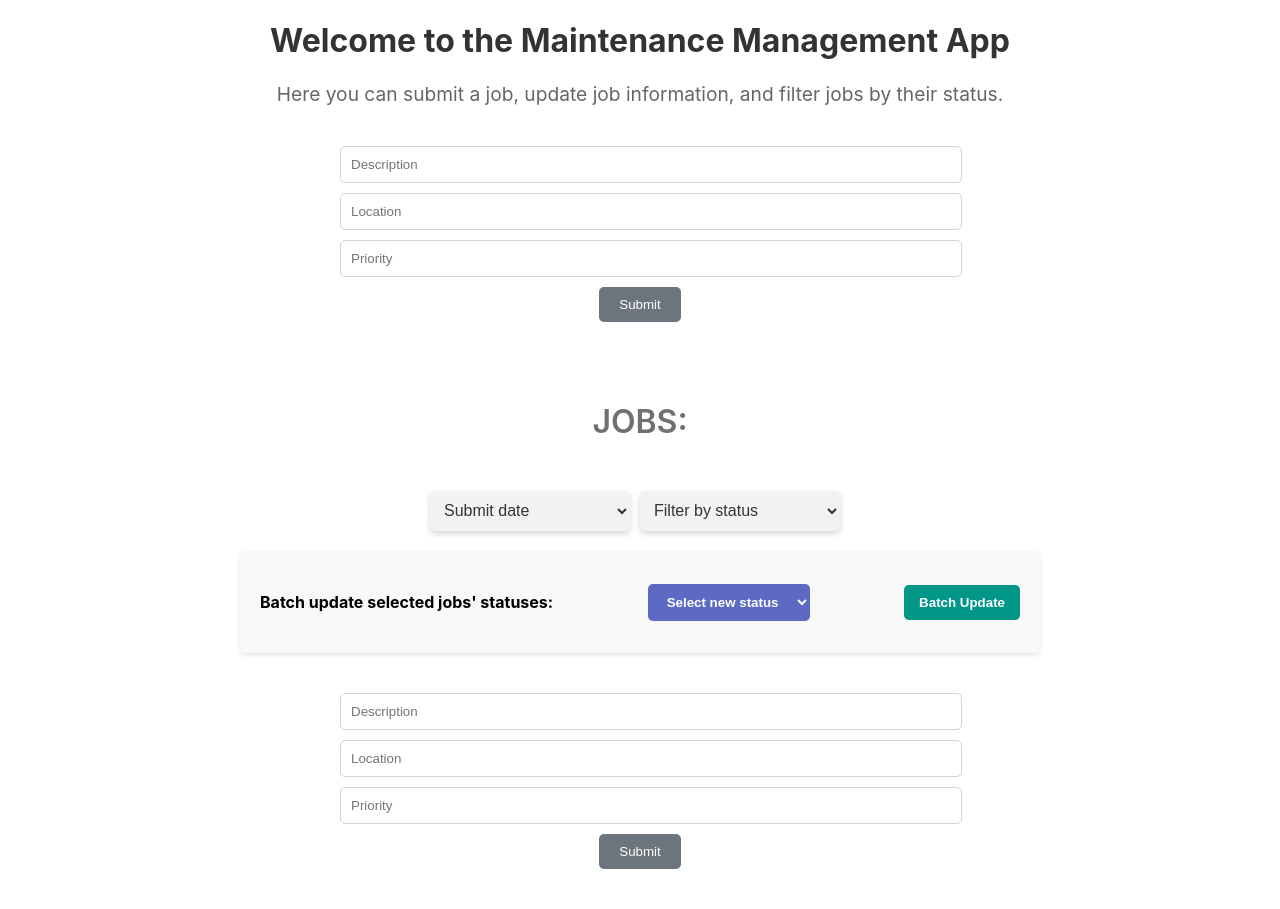
Repository: mikasteyn999/Maintenance-Manager-App
Page: / (app in frontend/)
An editor plug-in stored every save of this project. The page is shown before and after the next save, followed by the edit.
The browser window is 1280 px wide. The pictures show the whole page.
The page's requests for data from a server got no answer. The project was rebuilt for these pictures with package versions that can differ from the ones it lists, and the page was loaded fresh each time. No one was signed in, and anything a server would have sent is missing. Also part of the build but not shown: frontend/src/style/Job.css, frontend/src/components/Job.js, frontend/src/style/JobUpdateForm.css, frontend/src/components/JobUpdateForm.js.

Above is the page before, as saved 2023-06-02 15:36:34.

### frontend/src/App.js
// Import necessary libraries and components
import React from 'react';
import Router from './Router';
import './style/App.css'

// Define the App component
// This component uses the Router component to handle routing
const App = () => {
  return (
    <div className="app">
      <h1 className="app-title">Welcome to the Maintenance Management App</h1> {/* Welcome title */}
      <p className="app-instructions">Here you can submit a job, update job information, and filter jobs by their status.</p> {/* Instructions */}
      <Router /> {/* Use Router component for handling routes */}
    </div>
  );
}

// Export the App component
export default App;

### frontend/src/Router.js
// Import necessary libraries and components
import React from 'react';
import { BrowserRouter as Router, Route, Routes } from 'react-router-dom';
import Home from './components/Home';
import JobForm from './components/JobForm';
import JobsList from './components/JobsList';
import JobUpdateForm from './components/JobUpdateForm'

// Define the Router component
// This component defines the routes for the React app
// The Home component (which contains both the JobForm and JobsList components) is displayed when the path is exactly "/"
// The JobForm component is displayed when the path is "/submit"
// The JobsList component is displayed when the path is "/jobs"
const AppRouter = () => {
    return (
        <Router>
            <Routes>
                <Route path="/" element={<Home />} /> {/* Home route */}
                <Route path="/submit" element={<JobForm />} /> {/* Job submission route */}
                <Route path="/jobs" element={<JobsList />} /> {/* Jobs listing route */}
                <Route path="/edit/:id" element={<JobUpdateForm />} />
            </Routes>
        </Router>
    );
};

// Export the Router component
export default AppRouter;

### frontend/src/style/App.css
/* App.css */

.app {
  text-align: center;
}

.app-title {
  font-size: 2em;
  color: #333;
  text-align: center;
}

.app-instructions {
  font-size: 1.2em;
  color: #666;
  margin-bottom: 20px;
  text-align: center;
}

/* style the form container */
.app .job-form {
  max-width: 600px;  /* limit the width */
  margin: 0 auto;   /* center the form */
  padding: 20px;    /* add some padding */
}

/* style the jobs list container */
.app .jobs-list {
  max-width: 800px;  /* limit the width */
  margin: 0 auto;   /* center the jobs list */
  padding: 20px;    /* add some padding */
}

### frontend/src/components/Home.js
// Import necessary components
import React from 'react';
import JobForm from './JobForm';
import JobsList from './JobsList';

// Define the Home component
// This component contains the job submission form and job listings
const Home = () => {
  return (
    <div className="home">
      <JobForm /> {/* Job submission form */}
      <JobsList /> {/* Job listings */}
    </div>
  );
}

// Export the Home component
export default Home;

### frontend/src/components/JobForm.js
// Import React
import React, { useState } from 'react';
import '../style/JobForm.css'; // Import the CSS

// Define the JobForm component. This component will contain a form that allows users to submit a new job.
// The component has a local state, job, which is updated every time the user types in one of the form inputs.
// The handleChange function updates the job state.
// The handleSubmit function makes a POST request to the /jobs route to submit the new job.
const JobForm = (props) => {
  console.log(props);
  const [job, setJob] = useState({ description: '', location: '', priority: '' });

    const handleChange = (e) => {
      setJob({ ...job, [e.target.name]: e.target.value });
    };

    const handleSubmit = async (e) => {
      e.preventDefault();
      const response = await fetch('http://localhost:5000/api/jobs', {
        method: 'POST',
        headers: {
          'Content-Type': 'application/json',
        },
        body: JSON.stringify(job),
      });
      if (!response.ok) {
        throw new Error(`HTTP error! status: ${response.status}`);
      }
      const newJob = await response.json();
      console.log("New Job:", newJob);  // log new job
      props.addNewJob(newJob); // add the new job to the jobs list
    };


    return (
      <form className="job-form" onSubmit={handleSubmit}>
        <input type="text" name="description" value={job.description} onChange={handleChange} placeholder="Description" />
        <input type="text" name="location" value={job.location} onChange={handleChange} placeholder="Location" />
        <input type="text" name="priority" value={job.priority} onChange={handleChange} placeholder="Priority" />
        <button type="submit">Submit</button>
      </form>
    );
  };

  export default JobForm;

### frontend/src/components/JobsList.js
// Import necessary modules
import React, { useEffect, useState } from 'react';
import Job from './Job';
import JobForm from './JobForm';
import '../style/JobsList.css';

// Define the JobsList component
const JobsList = () => {
  // Initialize state variables
  const [jobs, setJobs] = useState([]);
  const [sortOrder, setSortOrder] = useState("date"); // Default sort order is by date
  const [selectedJobs, setSelectedJobs] = useState([]);
  const [filterStatus, setFilterStatus] = useState("");

  // Fetch jobs function
  const fetchJobs = async () => {
    let url = `http://localhost:5000/api/jobs?sort=${sortOrder}`;
    if (filterStatus) url += `&status=${filterStatus}`; // Add status query parameter if a status filter is selected
    const response = await fetch(url);
    const data = await response.json();
    setJobs(data.filter(job => job.status !== 'Archived')); // Filter out archived jobs
  };

  // Fetch jobs when the component is first rendered and when sortOrder or filterStatus changes
  useEffect(() => {
    fetchJobs();
  }, [sortOrder, filterStatus]);

  // Update sort order
  const handleSortChange = (event) => {
    setSortOrder(event.target.value);
  };


    const handleBatchUpdate = async () => {
      const status = document.getElementById('batchStatusUpdate').value;
      if (!status) {
        console.error('No status selected for batch update');
        return;
      }
      if (selectedJobs.length === 0) {
        console.error('No jobs selected for batch update');
        return;
      }
      try {
        const response = await fetch('http://localhost:5000/api/jobs/batch', {
            method: 'PUT',
            headers: {
                'Content-Type': 'application/json',
            },
            body: JSON.stringify({ jobIds: selectedJobs, status }),
        });

        if (response.ok) {
          console.log('Batch update successful');
          setSelectedJobs([]); // Clear selected jobs after successful update
          // Here, fetch the jobs again
          fetchJobs();
        } else {
          console.error('Failed to batch update jobs');
        }
      } catch (error) {
        console.error(`An error occurred: ${error}`);
      }
    };

    // Function to handle archive
    const handleArchive = async (jobId) => {
      try {
        const response = await fetch(`http://localhost:5000/api/jobs/archive/${jobId}`, {
          method: 'PUT',
        });

        if (!response.ok) {
          console.error('Failed to archive job');
        } else {
          setJobs(jobs.filter(job => job._id !== jobId)); // Remove the archived job from the local state
        }
      } catch (error) {
        console.error(`An error occurred: ${error}`);
      }
    };

    // Pass handleArchive as a prop to the Job component
    {jobs.map((job) => (
      <Job key={job._id} job={job} handleArchive={handleArchive} selectedJobs={selectedJobs} setSelectedJobs={setSelectedJobs} />
    ))}

    const addNewJob = (newJob) => {
      console.log("addNewJob called with:", newJob);  // log input to addNewJob
      setJobs([newJob, ...jobs]);
    };


    return (
      <div className='jobs-list'>
        <div className='jobs-header'>JOBS:</div>

        {/* Add sort order dropdown */}
        <select className='select-sort' value={sortOrder} onChange={handleSortChange}>
          <option value="">Sort by</option>
          <option value="date">Submit date</option>
          <option value="status">Status</option>
        </select>

        {/* Add status filter dropdown */}
        <select className='select-filter' value={filterStatus} onChange={(e) => setFilterStatus(e.target.value)}>
          <option value="">Filter by status</option>
          <option value="Submitted">Submitted</option>
          <option value="In Progress">In Progress</option>
          <option value="Completed">Completed</option>
        </select>

        {/* Batch update */}
        <div className='batch-update'>
          <h4>Batch update selected jobs' statuses:</h4>
          <select id="batchStatusUpdate" name="batchStatusUpdate">
            <option value="">Select new status</option>
            <option value="Submitted">Submitted</option>
            <option value="In Progress">In Progress</option>
            <option value="Completed">Completed</option>
          </select>
          <button onClick={handleBatchUpdate}>Batch Update</button>
        </div>

        {/* List the jobs */}
        {jobs.map((job) => (
          <Job key={job._id} job={job} handleArchive={handleArchive} selectedJobs={selectedJobs} setSelectedJobs={setSelectedJobs} />
        ))}

        {/* Add JobForm here */}
        <JobForm addNewJob={addNewJob} />
      </div>
    );
};

export default JobsList;

### frontend/src/style/JobForm.css
.job-form {
    margin-bottom: 20px;
}

.job-form input {
    display: block;
    width: 100%;
    padding: 10px;
    margin-bottom: 10px;
    border: 1px solid #ced4da;
    border-radius: 5px;
}

.job-form button {
    padding: 10px 20px;
    border: none;
    border-radius: 5px;
    background-color: #6c757d;
    color: #fff;
    cursor: pointer;
}

### frontend/src/style/JobsList.css
.jobs-list {
    max-width: 600px;
    margin: 0 auto;
    padding: 20px;
}

.jobs-header {
    font-size: xx-large;
    padding: 5%;
    font-weight: 600;
    color: rgb(112, 112, 112);
}

/* Style the select element */
.select-sort {
    width: 200px;
    height: 40px;
    border: none;
    border-radius: 5px;
    padding: 5px 10px;
    margin-bottom: 20px;
    box-shadow: 0 3px 6px 0 rgba(0,0,0,0.16);
    font-size: 16px;
    color: #333;
    background-color: #f2f2f2;
    transition: background-color 0.3s ease;
}

/* Style the options inside the select element */
.select-sort option {
    color: #333;
    background-color: #f2f2f2;
}

/* Change the background color of the select when it's focused */
.select-sort:focus {
    background-color: #e6e6e6;
}

.batch-update {
    display: flex;
    align-items: center;
    justify-content: space-between;
    padding: 20px;
    margin-bottom: 20px;
    background-color: #f8f8f8;
    border-radius: 5px;
    box-shadow: 0 2px 5px rgba(0,0,0,0.1);
}

.batch-update select,
.batch-update button {
    padding: 10px 15px;
    border: none;
    border-radius: 5px;
    background-color: #5c6ac4;
    color: white;
    font-weight: bold;
    cursor: pointer;
}

.batch-update button {
    background-color: #009688;
}

.batch-update button:hover {
    background-color: #00796b;
}

/* Style the select element */
.select-filter {
    width: 200px;
    height: 40px;
    border: none;
    border-radius: 5px;
    padding: 5px 10px;
    margin-bottom: 20px;
    box-shadow: 0 3px 6px 0 rgba(0,0,0,0.16);
    font-size: 16px;
    color: #333;
    background-color: #f2f2f2;
    transition: background-color 0.3s ease;
    margin: 10px;
}

/* Style the options inside the select element */
.select-filter option {
    color: #333;
    background-color: #f2f2f2;
}

Loaded but not shown: frontend/public/index.html (common file); frontend/src/index.js (common file); frontend/src/index.css (common file); frontend/src/reportWebVitals.js (common file)

After the next save:
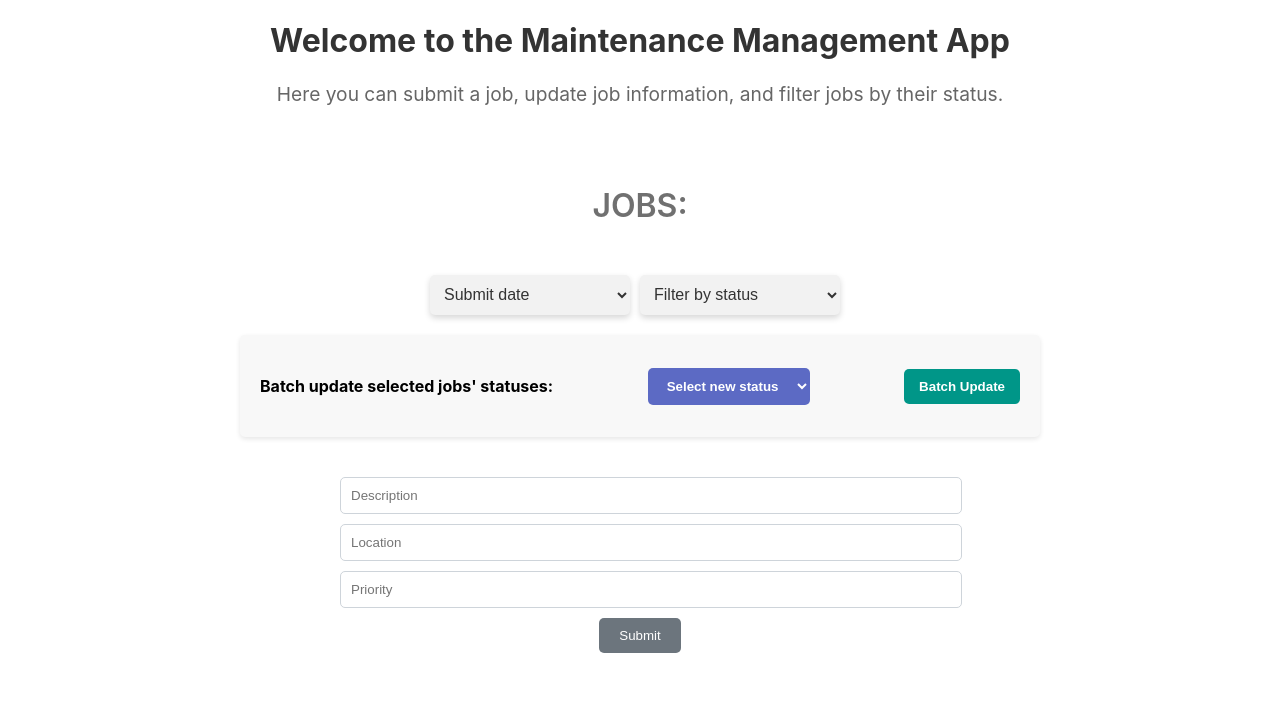
Saved 112 s later.
--- a/frontend/src/components/Home.js
+++ b/frontend/src/components/Home.js
@@ -1,6 +1,6 @@
 // Import necessary components
 import React from 'react';
-import JobForm from './JobForm';
+// import JobForm from './JobForm';
 import JobsList from './JobsList';
 
 // Define the Home component
@@ -8,7 +8,7 @@
 const Home = () => {
   return (
     <div className="home">
-      <JobForm /> {/* Job submission form */}
+      {/* <JobForm /> Job submission form */}
       <JobsList /> {/* Job listings */}
     </div>
   );

After the save that followed:
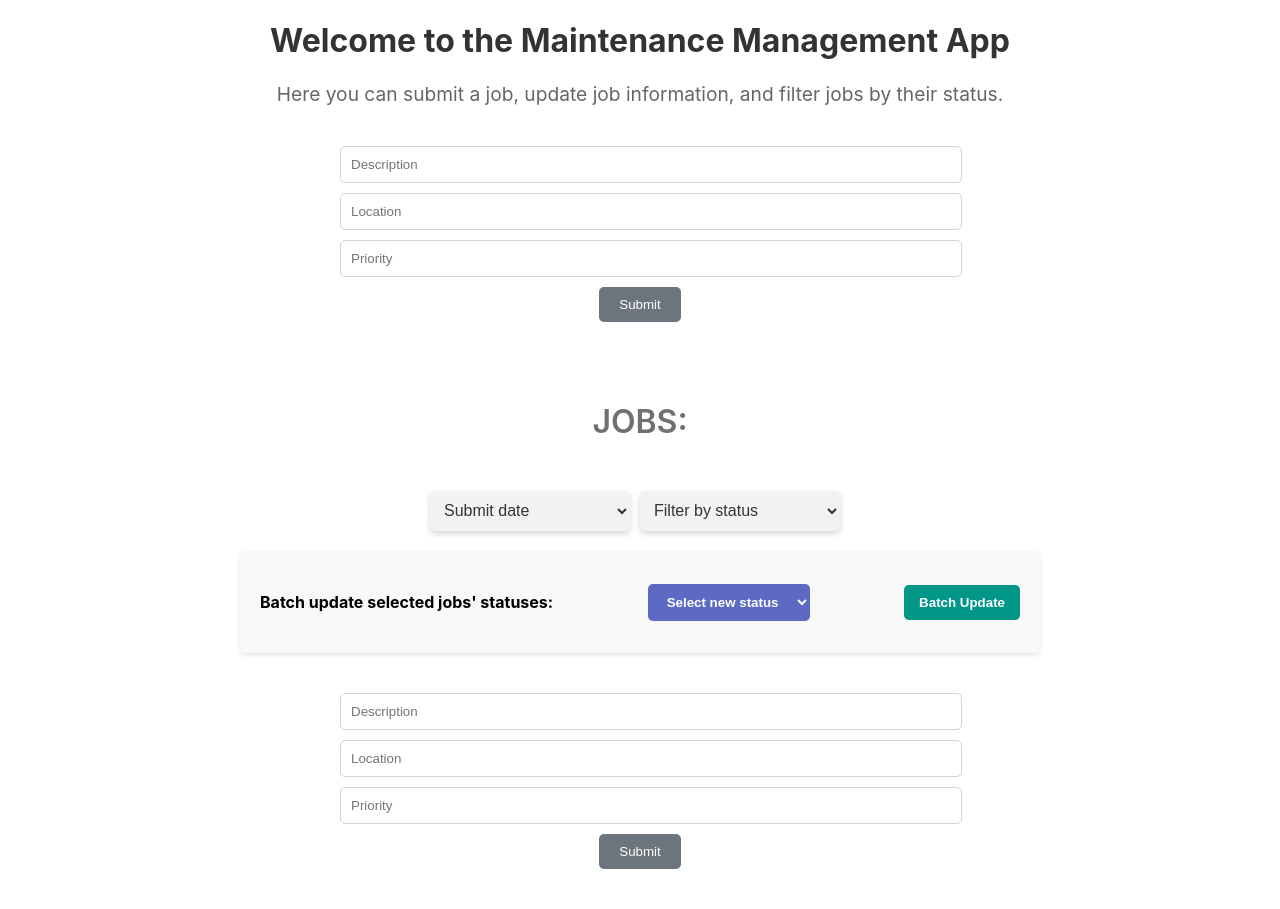
Saved 14 s later.
--- a/frontend/src/components/Home.js
+++ b/frontend/src/components/Home.js
@@ -1,6 +1,6 @@
 // Import necessary components
 import React from 'react';
-// import JobForm from './JobForm';
+import JobForm from './JobForm';
 import JobsList from './JobsList';
 
 // Define the Home component
@@ -8,7 +8,7 @@
 const Home = () => {
   return (
     <div className="home">
-      {/* <JobForm /> Job submission form */}
+      <JobForm /> {/* Job submission form */}
       <JobsList /> {/* Job listings */}
     </div>
   );
